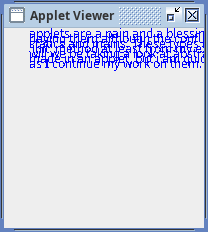
Repository: ArtixFox/SchoolWork
Program's window: java SchoolApplets/src/com/adsb/school/Applets/Applet1.java
These files come from the project's save history. The program's window is drawn as it stood at one moment and after the next save; the edit follows.
It runs on Java 21 on a 1366 x 768 screen with the Metal look.

Above is the program's window before, as saved 2015-04-27 14:47:11.

### SchoolApplets/src/com/adsb/school/Applets/Applet1.java
package com.adsb.school.Applets;


import java.applet.*;
import java.awt.Graphics;
import java.awt.Color;


public class Applet1 extends Applet {

	private static final long serialVersionUID = -1994206097564841540L;

	private String message1 = "applets are a pain and a blessing i dont mind";
	private String  message2 = "having them although the confusion occurs when you have to leave out";
	private String  message3= "statics and mains. These types of classes usually require a";
	private String  message4 = "'init' method at least from my experiance. But one question i have is";
	private String  message5 = "will we be taking a look at abstract classes and such? Also, my game is";
	private String  message6 = "made in an applet, but i am quickly grasping the concept of the applets";
	private String  message7 = "as I continue my work on them.";

	public void paint(Graphics g){

		g.setColor(Color.BLUE);
		g.drawString(message1,25, 10);
		g.drawString(message2,25, 15);
		g.drawString(message3,25, 20);
		g.drawString(message4,25, 25);
		g.drawString(message5,25, 30);
		g.drawString(message6,25, 35);
		g.drawString(message7,25, 40);
	}
	public void init(){


	}


}

After the next save:
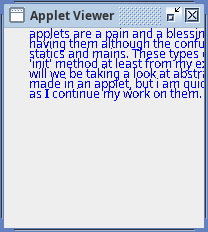
Saved 22 s later.
--- a/SchoolApplets/src/com/adsb/school/Applets/Applet1.java
+++ b/SchoolApplets/src/com/adsb/school/Applets/Applet1.java
@@ -22,12 +22,12 @@
 
 		g.setColor(Color.BLUE);
 		g.drawString(message1,25, 10);
-		g.drawString(message2,25, 15);
-		g.drawString(message3,25, 20);
-		g.drawString(message4,25, 25);
-		g.drawString(message5,25, 30);
-		g.drawString(message6,25, 35);
-		g.drawString(message7,25, 40);
+		g.drawString(message2,25, 20);
+		g.drawString(message3,25, 30);
+		g.drawString(message4,25, 40);
+		g.drawString(message5,25, 50);
+		g.drawString(message6,25, 60);
+		g.drawString(message7,25, 70);
 	}
 	public void init(){
 
